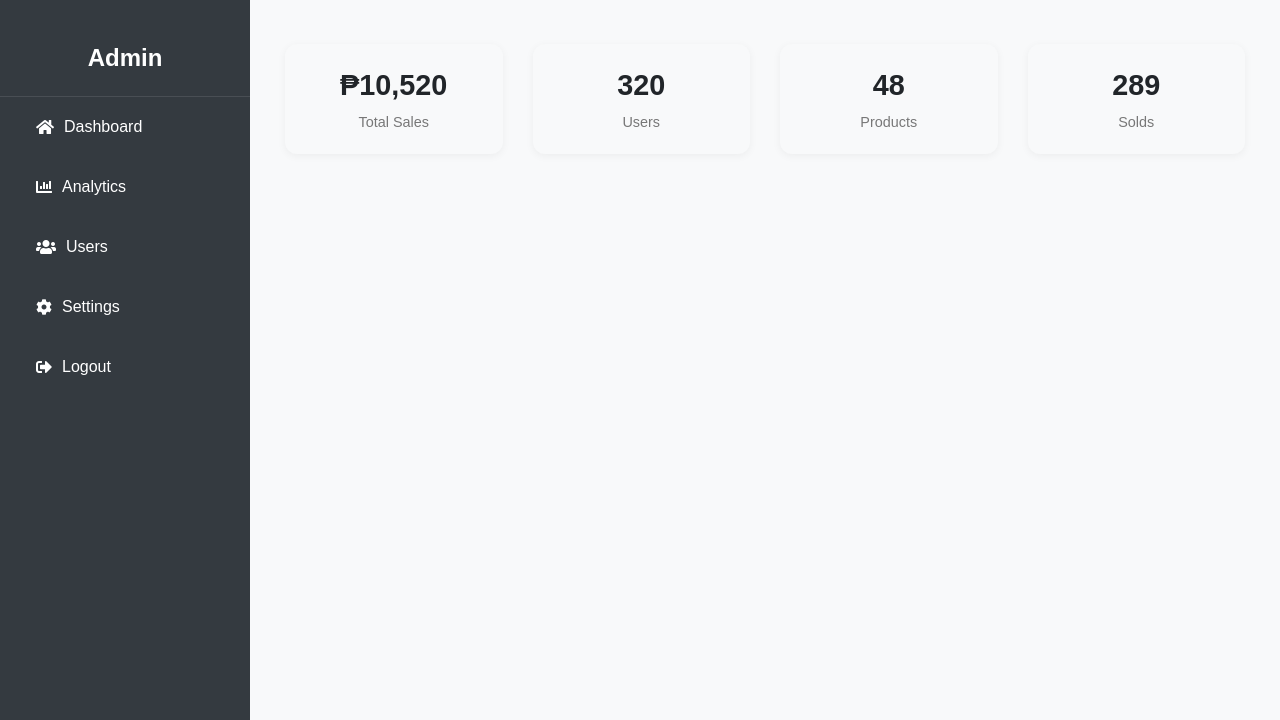
Repository: Darkrepo23/Ecommerce-Manalastas-project
Page: admin/dashboard.html
These files come from the project's save history. The page is drawn as it stood at one moment and after the next save; the edit follows.
The browser window is 1280 px wide. The pictures show the whole page.
Some web libraries are served in a nearby version.

Above is the page before, as saved 2026-01-06 09:03:55.

After the next save:
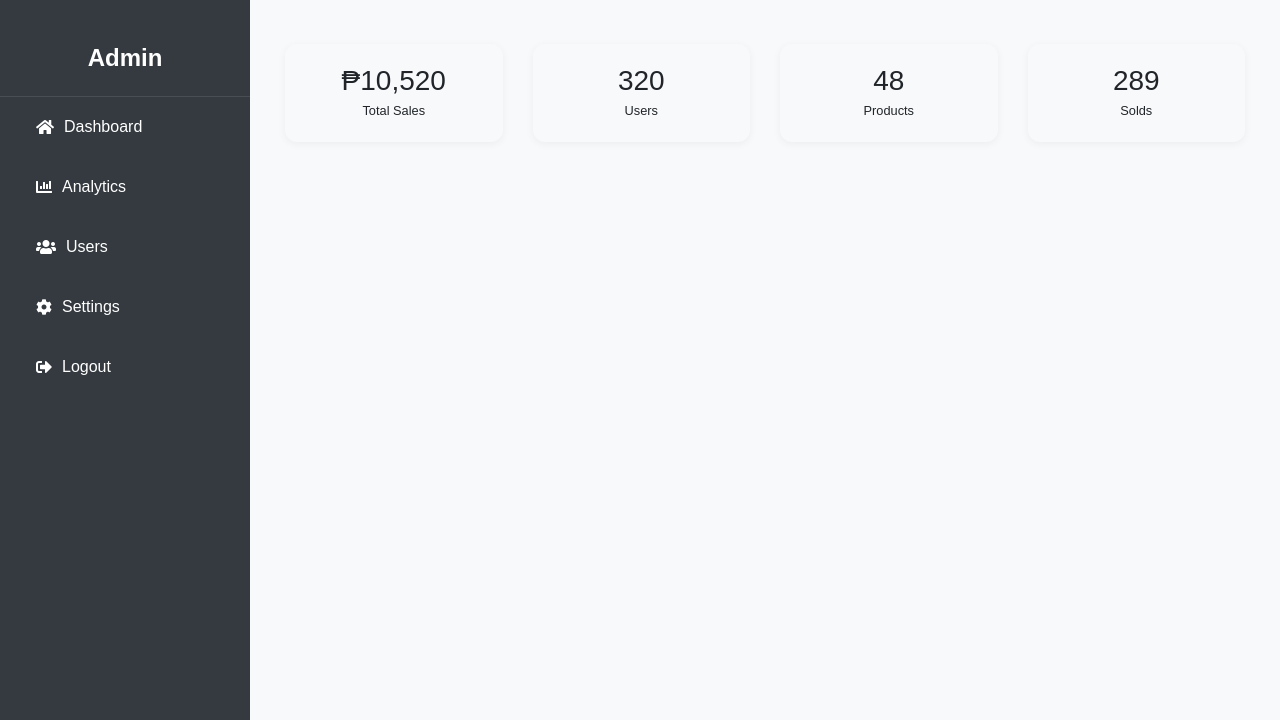
Saved 68 s later.
--- a/admin/dashboard.html
+++ b/admin/dashboard.html
@@ -126,43 +126,43 @@
     </div>
 
     <div class="content">
-        <div class="container mt-4">
-            <div class="row g-3 justify-content-center column d-flex flex-sm-row">
+       <div class="container mt-4">
+    <div class="row gy-3">
 
-                <!-- Total Sales -->
-                <div class="col-6 col-md-3">
-                    <div class="stat-card">
-                        <div class="stat-value">₱10,520</div>
-                        <div class="stat-title">Total Sales</div>
-                    </div>
-                </div>
-
-                <!-- Users -->
-                <div class="col-6 col-md-3">
-                    <div class="stat-card">
-                        <div class="stat-value">320</div>
-                        <div class="stat-title">Users</div>
-                    </div>
-                </div>
-
-                <!-- Products -->
-                <div class="col-6 col-md-3">
-                    <div class="stat-card">
-                        <div class="stat-value">48</div>
-                        <div class="stat-title">Products</div>
-                    </div>
-                </div>
-
-                <!-- Sold Items -->
-                <div class="col-6 col-md-3">
-                    <div class="stat-card">
-                        <div class="stat-value">289</div>
-                        <div class="stat-title">Solds</div>
-                    </div>
-                </div>
-
+        <!-- Total Sales -->
+        <div class="col-12 col-md-3">
+            <div class="stat-card">
+                <h3 class="mb-0">₱10,520</h3>
+                <small>Total Sales</small>
             </div>
         </div>
+
+        <!-- Users -->
+        <div class="col-12 col-md-3">
+            <div class="stat-card">
+                <h3 class="mb-0">320</h3>
+                <small>Users</small>
+            </div>
+        </div>
+
+        <!-- Products -->
+        <div class="col-12 col-md-3">
+            <div class="stat-card">
+                <h3 class="mb-0">48</h3>
+                <small>Products</small>
+            </div>
+        </div>
+
+        <!-- Solds -->
+        <div class="col-12 col-md-3">
+            <div class="stat-card">
+                <h3 class="mb-0">289</h3>
+                <small>Solds</small>
+            </div>
+        </div>
+
+    </div>
+</div>
     </div>
 
     <script src="https://code.jquery.com/jquery-3.5.1.slim.min.js"></script>
